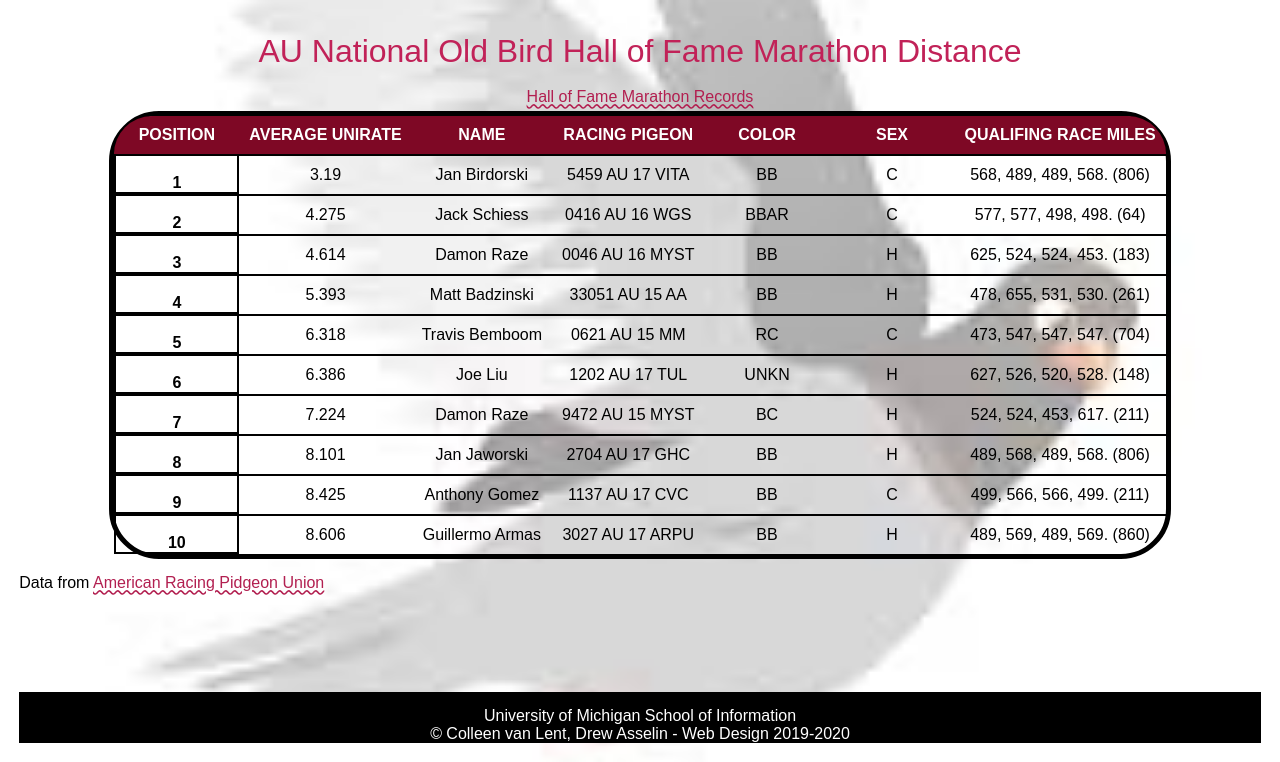
Repository: jiaqili0803/SI_539
Page: hw4-2021-main/hw4-2021-main/index.html
An editor plug-in stored every save of this project. The page is shown before and after the next save, followed by the edit.
The browser window is 1280 px wide. The pictures show the whole page.
Some web fonts or font styles are not loaded; a fallback is used.

Above is the page before, as saved 2021-10-02 17:39:25.

After the next save:
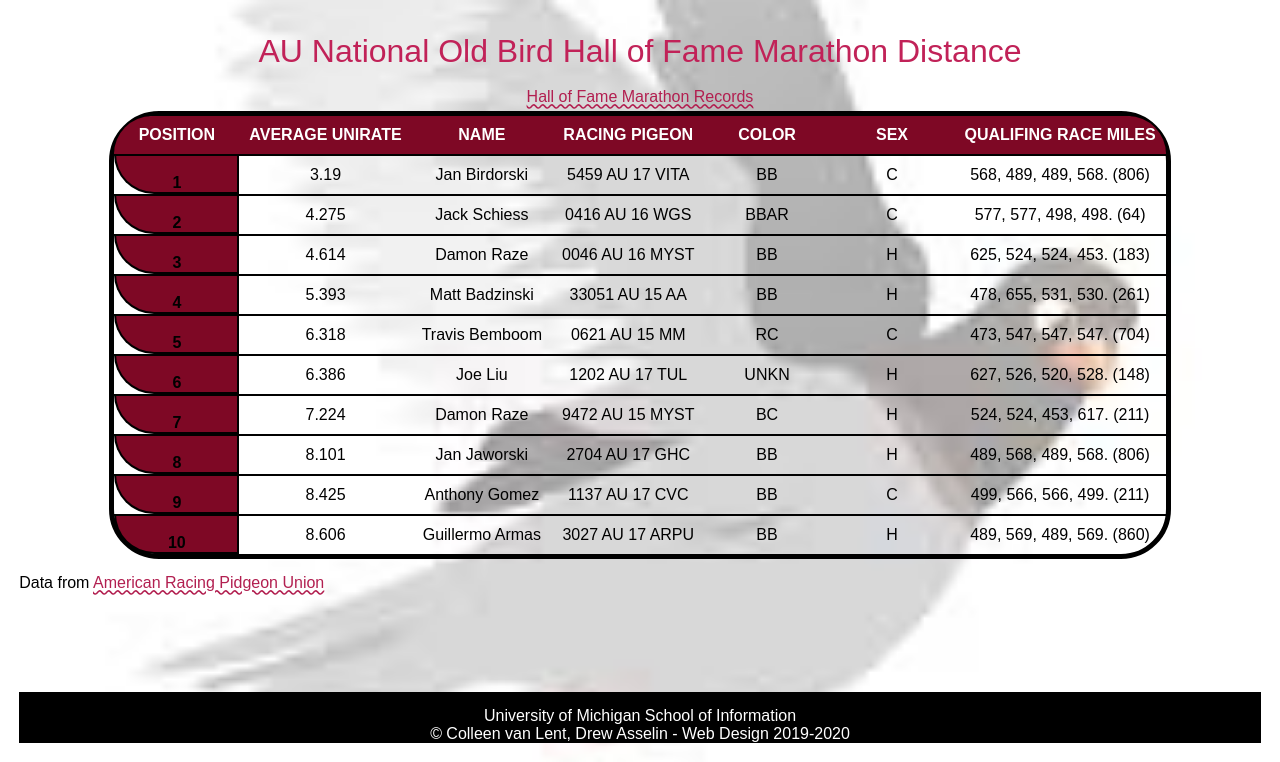
Saved 11 min 33 s later.
--- a/hw4-2021-main/hw4-2021-main/css/style.css
+++ b/hw4-2021-main/hw4-2021-main/css/style.css
@@ -119,7 +119,7 @@
   border-top-right-radius: 50px;
 }
 
-.rowhead:last-child{
+.rowhead:last-of-type{
   border-bottom-left-radius: 50px;
   background-color: #7e0825;
 

After the save that followed:
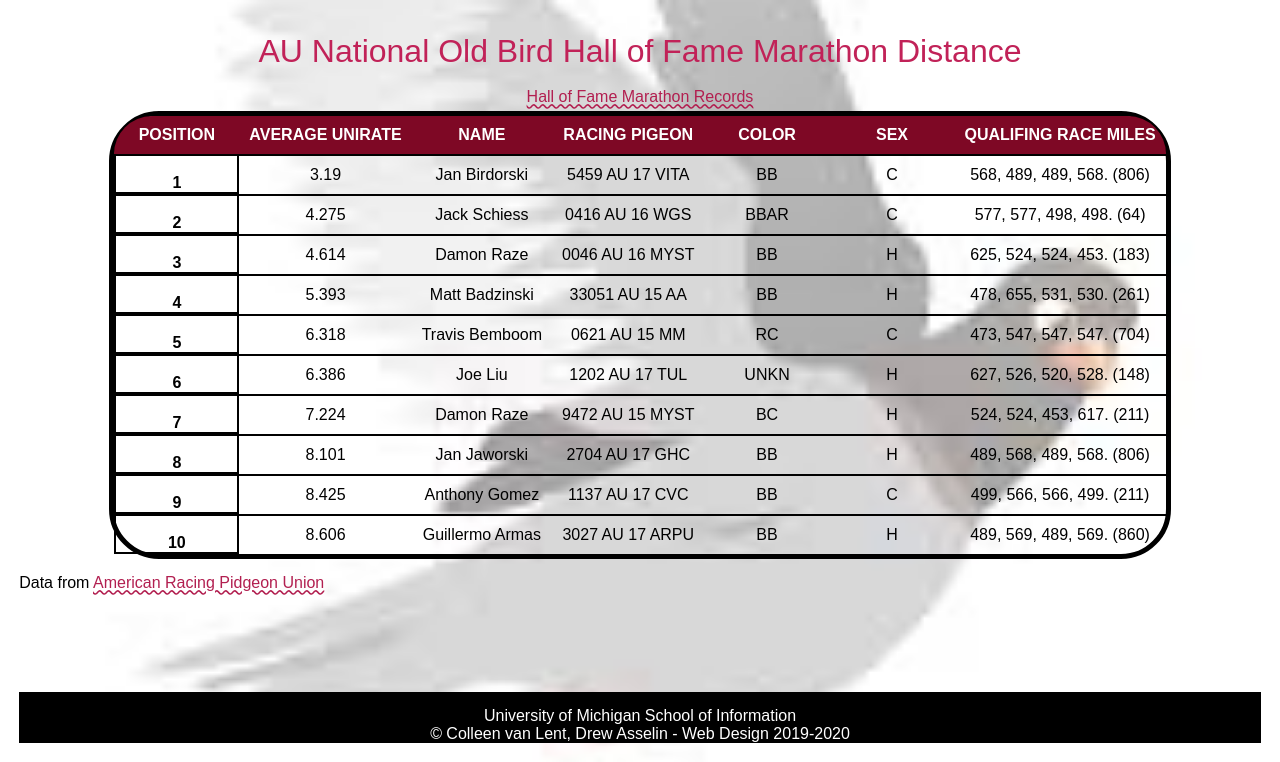
Saved 27 s later.
--- a/hw4-2021-main/hw4-2021-main/css/style.css
+++ b/hw4-2021-main/hw4-2021-main/css/style.css
@@ -119,7 +119,7 @@
   border-top-right-radius: 50px;
 }
 
-.rowhead:last-of-type{
+tr.rowhead:last-of-type{
   border-bottom-left-radius: 50px;
   background-color: #7e0825;
 
